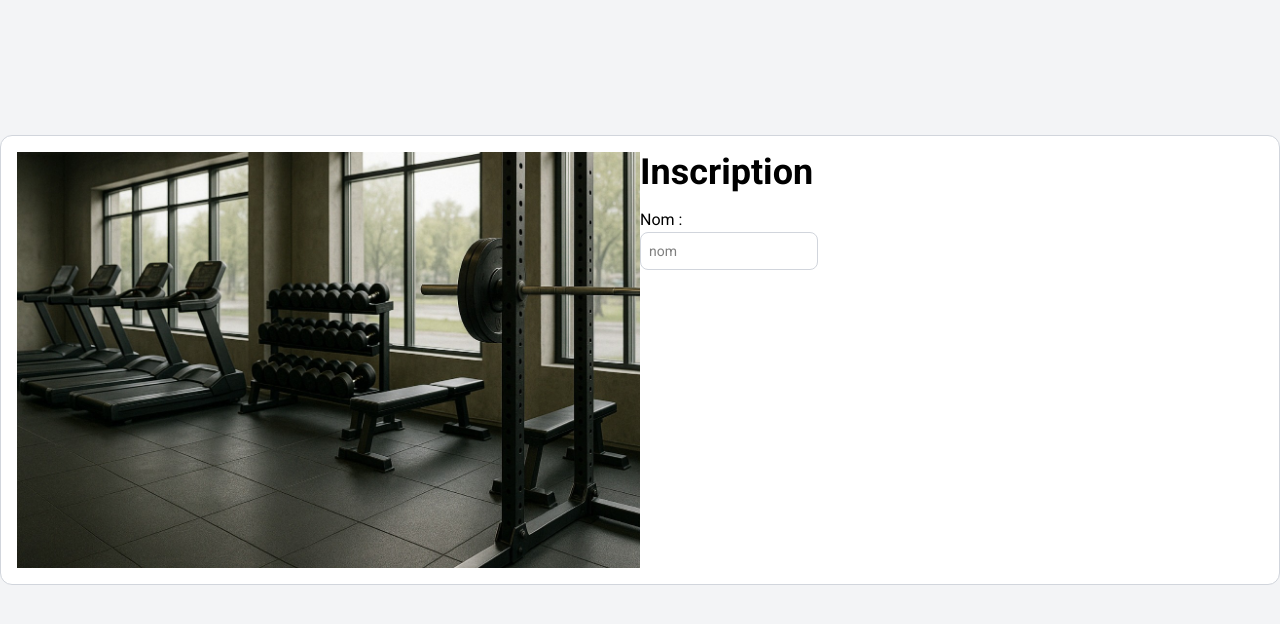
Repository: fahchouchsm/clubSportifWeb
Page: src/pages/inscription.html
An editor plug-in stored every save of this project. The page is shown before and after the next save, followed by the edit.
The browser window is 1280 px wide. The pictures show the whole page.

Above is the page before, as saved 2025-04-16 18:24:22.

After the next save:
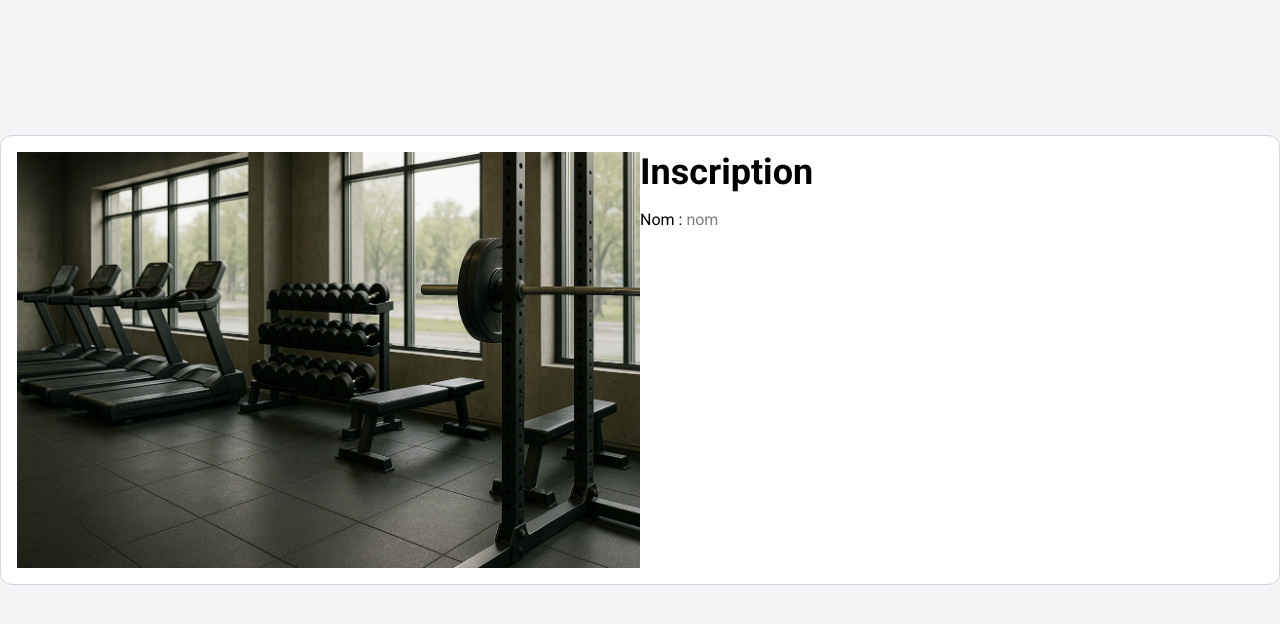
Saved 14 s later.
--- a/src/pages/inscription.html
+++ b/src/pages/inscription.html
@@ -25,7 +25,7 @@
             <div class="">
               <label for="nom"> Nom : </label>
               <input
-                class="block w-full rounded-lg border border-gray-300 bg-gray-50 p-2 ps-10 text-sm text-gray-900 focus:border-blue-500 focus:ring-blue-500"
+                class=""
                 type="text"
                 name="nom"
                 id="nom"
